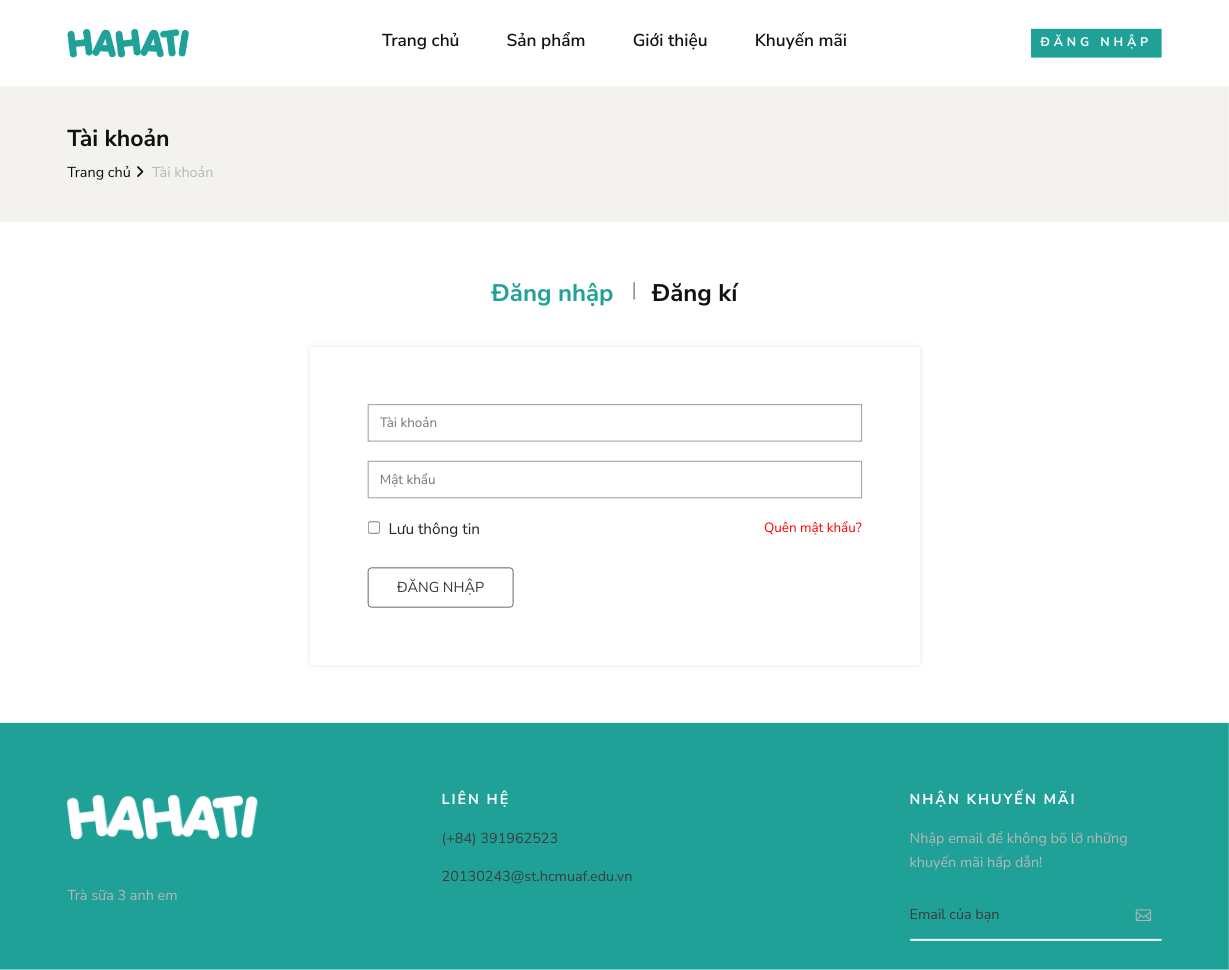
Repository: letrongtinh27/template
Page: login-register.html
An editor plug-in stored every save of this project. The page is shown before and after the next save, followed by the edit.
The browser window is 1280 px wide. The pictures show the whole page, at 96% of full size.

Above is the page before, as saved 2022-10-27 11:25:03.
Console error: TypeError: Cannot set properties of null (setting 'onclick')

### login-register.html
<!DOCTYPE html>
<html lang="zxx">
  <head>
    <meta charset="UTF-8" />
    <meta name="description" content="Male_Fashion Template" />
    <meta name="keywords" content="Male_Fashion, unica, creative, html" />
    <meta name="viewport" content="width=device-width, initial-scale=1.0" />
    <meta http-equiv="X-UA-Compatible" content="ie=edge" />
    <title>HAHATI | Tài khoản</title>

    <!-- Google Font -->
    <link
      href="https://fonts.googleapis.com/css2?family=Nunito+Sans:wght@300;400;600;700;800;900&display=swap"
      rel="stylesheet"
    />

    <!-- Css Styles -->
    <link rel="stylesheet" href="css/bootstrap.min.css" type="text/css" />
    <link rel="stylesheet" href="css/font-awesome.min.css" type="text/css" />
    <link
      rel="stylesheet"
      href="https://cdnjs.cloudflare.com/ajax/libs/font-awesome/6.2.0/css/all.min.css"
      integrity="sha512-xh6O/CkQoPOWDdYTDqeRdPCVd1SpvCA9XXcUnZS2FmJNp1coAFzvtCN9BmamE+4aHK8yyUHUSCcJHgXloTyT2A=="
      crossorigin="anonymous"
      referrerpolicy="no-referrer"
    />
    <link rel="stylesheet" href="css/elegant-icons.css" type="text/css" />
    <link rel="stylesheet" href="css/magnific-popup.css" type="text/css" />
    <link rel="stylesheet" href="css/nice-select.css" type="text/css" />
    <link rel="stylesheet" href="css/owl.carousel.min.css" type="text/css" />
    <link rel="stylesheet" href="css/slicknav.min.css" type="text/css" />
    <link rel="stylesheet" href="css/style.css" type="text/css" />
    <link rel="stylesheet" href="css/account.css" type="text/css" />
  </head>

  <body>
    <!-- Page Preloder -->
    <div id="preloder">
      <div class="loader"></div>
    </div>

    <!-- Offcanvas Menu Begin -->
    <div class="offcanvas-menu-overlay"></div>
    <div class="offcanvas-menu-wrapper">
      <div class="offcanvas__option">
        <div class="offcanvas__links">
          <a href="#">Sign in</a>
        </div>
      </div>
      <div class="offcanvas__nav__option">
        <a href="#" class="search-switch"
          ><img src="img/icon/search.png" alt=""
        /></a>
        <a href="#"><img src="img/icon/heart.png" alt="" /></a>
        <a href="#"><img src="img/icon/cart.png" alt="" /> <span>0</span></a>
        <div class="price">$0.00</div>
      </div>
      <div id="mobile-menu-wrap"></div>
    </div>
    <!-- Offcanvas Menu End -->

    <!-- Header Section Begin -->
    <header class="header">
      <div class="container">
        <div class="row">
          <div class="col-lg-3 col-md-3">
            <div class="header__logo">
              <a href="./index.html"
                ><img class="logo-small" src="img/logo.png" alt=""
              /></a>
            </div>
          </div>
          <div class="col-lg-6 col-md-6">
            <nav class="header__menu mobile-menu">
              <ul>
                <li><a href="./index.html">Trang chủ</a></li>
                <li class=""><a href="./shop.html">Sản phẩm</a></li>
                <li class=""><a href="#">Giới thiệu</a></li>
                <li class=""><a href="./blog.html">Khuyến mãi</a></li>
              </ul>
            </nav>
          </div>
          <div class="col-lg-3 col-md-3">
            <div class="header__nav__option">
              <a href="#" class="primary-btn login-btn">Đăng nhập</a>
            </div>
          </div>
        </div>
        <div class="canvas__open"><i class="fa fa-bars"></i></div>
      </div>
    </header>
    <!-- Header Section End -->

    <!-- Breadcrumb Section Begin -->
    <section class="breadcrumb-option">
      <div class="container">
        <div class="row">
          <div class="col-lg-12">
            <div class="breadcrumb__text">
              <h4>Tài khoản</h4>
              <div class="breadcrumb__links">
                <a href="./index.html">Trang chủ</a>
                <span>Tài khoản</span>
              </div>
            </div>
          </div>
        </div>
      </div>
    </section>
    <!-- Breadcrumb Section End -->

    <!-- Shopping Cart Section Begin -->
    <section class="login-register">
      <div class="container">
        <div class="main-content-wrap section-ptb lagin-and-register-page">
          <div class="container">
            <div class="row">
              <div class="col-lg-7 col-md-12 m-auto">
                <div class="login-register-wrapper">
                  <!-- login-register-tab-list start -->
                  <div class="login-register-tab-list nav">
                    <a class="active" data-bs-toggle="tab" href="#lg1">
                      <h4>Đăng nhập</h4>
                    </a>
                    <a data-bs-toggle="tab" href="#lg2">
                      <h4>Đăng kí</h4>
                    </a>
                  </div>
                  <!-- login-register-tab-list end -->
                  <div class="tab-content">
                    <div id="lg1" class="tab-pane active">
                      <div class="login-form-container">
                        <div class="login-register-form">
                          <form action="#" method="post">
                            <div class="login-input-box">
                              <input
                                type="text"
                                name="user-name"
                                placeholder="Tài khoản"
                              />
                              <input
                                type="password"
                                name="user-password"
                                placeholder="Mật khẩu"
                              />
                            </div>
                            <div class="button-box">
                              <div class="login-toggle-btn">
                                <input type="checkbox" />
                                <label>Lưu thông tin</label>
                                <a href="forgotPass.html">Quên mật khẩu?</a>
                              </div>
                              <div class="button-box">
                                <button class="login-btn btn" type="submit">
                                  <span>Đăng nhập</span>
                                </button>
                              </div>
                            </div>
                          </form>
                        </div>
                      </div>
                    </div>
                    <div id="lg2" class="tab-pane">
                      <div class="login-form-container">
                        <div class="login-register-form">
                          <form action="#" method="post">
                            <div class="login-input-box">
                              <input
                                type="text"
                                name="user-name"
                                placeholder="Tài khoản"
                              />
                              <input
                                name="user-email"
                                placeholder="Email"
                                type="email"
                              />
                              <input
                                type="password"
                                name="user-password"
                                placeholder="Mật nhẩu "
                              />
                              <input
                                type="password"
                                name="user-password"
                                placeholder="Nhập lại mật nhẩu "
                              />
                            </div>
                            <div class="login-toggle-btn">
                              <input type="checkbox" />
                              <label
                                >Đồng ý với các
                                <span
                                  ><a
                                    href="#"
                                    style="
                                      float: none;
                                      color: blue;
                                      text-decoration: underline;
                                    "
                                  >
                                    điều khoản</a
                                  ></span
                                >
                                của chúng tôi.</label
                              >
                            </div>
                            <div class="button-box">
                              <button class="register-btn btn" type="submit">
                                <span>Đăng kí</span>
                              </button>
                            </div>
                          </form>
                        </div>
                      </div>
                    </div>
                  </div>
                </div>
              </div>
            </div>
          </div>
        </div>
      </div>
    </section>

    <footer class="footer">
      <div class="container">
        <div class="row">
          <div class="col-lg-3 col-md-6 col-sm-6">
            <div class="footer__about">
              <div class="footer__logo">
                <a href="#"><img src="img/footer-logo.png" alt="" /></a>
              </div>
              <p>Trà sữa 3 anh em</p>
            </div>
          </div>
          <div class="col-lg-2 offset-lg-1 col-md-3 col-sm-6">
            <div class="footer__widget">
              <h6>Liên hệ</h6>
              <ul>
                <li>
                  <p>(+84) 391962523</p>
                </li>
                <li>
                  <p>20130243@st.hcmuaf.edu.vn</p>
                </li>
              </ul>
            </div>
          </div>
          <div class="col-lg-2 col-md-3 col-sm-6">
            <div class="footer__widget"></div>
          </div>
          <div class="col-lg-3 offset-lg-1 col-md-6 col-sm-6">
            <div class="footer__widget">
              <h6>Nhận khuyến mãi</h6>
              <div class="footer__newslatter">
                <p>Nhập email để không bõ lỡ những khuyến mãi hấp dẫn!</p>
                <form action="#">
                  <input type="text" placeholder="Email của bạn" />
                  <button type="submit">
                    <span class="icon_mail_alt"></span>
                  </button>
                </form>
              </div>
            </div>
          </div>
        </div>
      </div>
    </footer>
    <!-- Footer Section End -->

    <!-- Search Begin -->
    <div class="search-model">
      <div class="h-100 d-flex align-items-center justify-content-center">
        <div class="search-close-switch">+</div>
        <form class="search-model-form">
          <input type="text" id="search-input" placeholder="Search here....." />
        </form>
      </div>
    </div>
    <!-- Search End -->

    <!-- Js Plugins -->
    <script src="js/jquery-3.3.1.min.js"></script>
    <script src="js/jquery.nice-select.min.js"></script>
    <script src="js/jquery.nicescroll.min.js"></script>
    <script src="js/jquery.magnific-popup.min.js"></script>
    <script src="js/jquery.countdown.min.js"></script>
    <script src="js/jquery.slicknav.js"></script>
    <script src="js/mixitup.min.js"></script>
    <script src="js/owl.carousel.min.js"></script>
    <script src="js/main.js"></script>
    <script src="js/account/bootstrap.min.js"></script>
    <script src="assets/js/vendor/jquery-3.5.1.min.js"></script>

    <script src="assets/js/vendor/account/js/vendor/jquery-3.5.1.min.js"></script>
    <script src="assets/js/vendor/account/js/vendor/modernizr-3.6.0.min.js"></script>
    <script src="assets/js/vendor/account/js/vendor/popper.min.js"></script>
    <script src="assets/js/vendor/account/js/vendor/jquery-migrate-3.3.0.min.js"></script>
    <script src="assets/js/vendor/account/js/vendor/bootstrap.min.js"></script>
    <script src="assets/js/vendor/account/js/plugins/slick.min.js"></script>
    <script src="assets/js/vendor/account/js/plugins/jquery.nice-select.min.js"></script>

    <script src="assets/js/vendor/account/js/plugins/countdown.min.js"></script>
    <script src="assets/js/vendor/account/js/plugins/image-zoom.min.js"></script>
    <script src="assets/js/vendor/account/js/plugins/fancybox.js"></script>
    <script src="assets/js/vendor/account/js/plugins/scrollup.min.js"></script>
    <script src="assets/js/vendor/account/js/plugins/jqueryui.min.js"></script>
    <script src="assets/js/vendor/account/js/plugins/ajax-contact.js"></script>
    <script src="assets/js/vendor/account/js/main.js"></script>
  </body>
</html>

Loaded but not shown: css/bootstrap.min.css (library); css/font-awesome.min.css (library); css/magnific-popup.css (library); css/nice-select.css (common file); css/owl.carousel.min.css (library); css/slicknav.min.css (common file); js/jquery-3.3.1.min.js (library); js/jquery.nice-select.min.js (common file); js/jquery.nicescroll.min.js (library); js/jquery.magnific-popup.min.js (library); js/jquery.countdown.min.js (library); js/jquery.slicknav.js (library); js/mixitup.min.js (library); js/owl.carousel.min.js (library); js/account/bootstrap.min.js (library); assets/js/vendor/jquery-3.5.1.min.js (library); assets/js/vendor/account/js/vendor/jquery-3.5.1.min.js (library); assets/js/vendor/account/js/vendor/modernizr-3.6.0.min.js (library); assets/js/vendor/account/js/vendor/popper.min.js (library); assets/js/vendor/account/js/vendor/jquery-migrate-3.3.0.min.js (library); assets/js/vendor/account/js/vendor/bootstrap.min.js (library); assets/js/vendor/account/js/plugins/slick.min.js (library); assets/js/vendor/account/js/plugins/jquery.nice-select.min.js (common file); assets/js/vendor/account/js/plugins/countdown.min.js (library); assets/js/vendor/account/js/plugins/image-zoom.min.js (common file); assets/js/vendor/account/js/plugins/fancybox.js (library); assets/js/vendor/account/js/plugins/scrollup.min.js (common file); assets/js/vendor/account/js/plugins/jqueryui.min.js (library); assets/js/vendor/account/js/plugins/ajax-contact.js (common file); assets/js/vendor/account/js/main.js (library); js/main.js (216 lines, source omitted); css/style.css (3856 lines, source omitted); css/elegant-icons.css (1157 lines, source omitted); css/account.css (593 lines, source omitted)

After the next save:
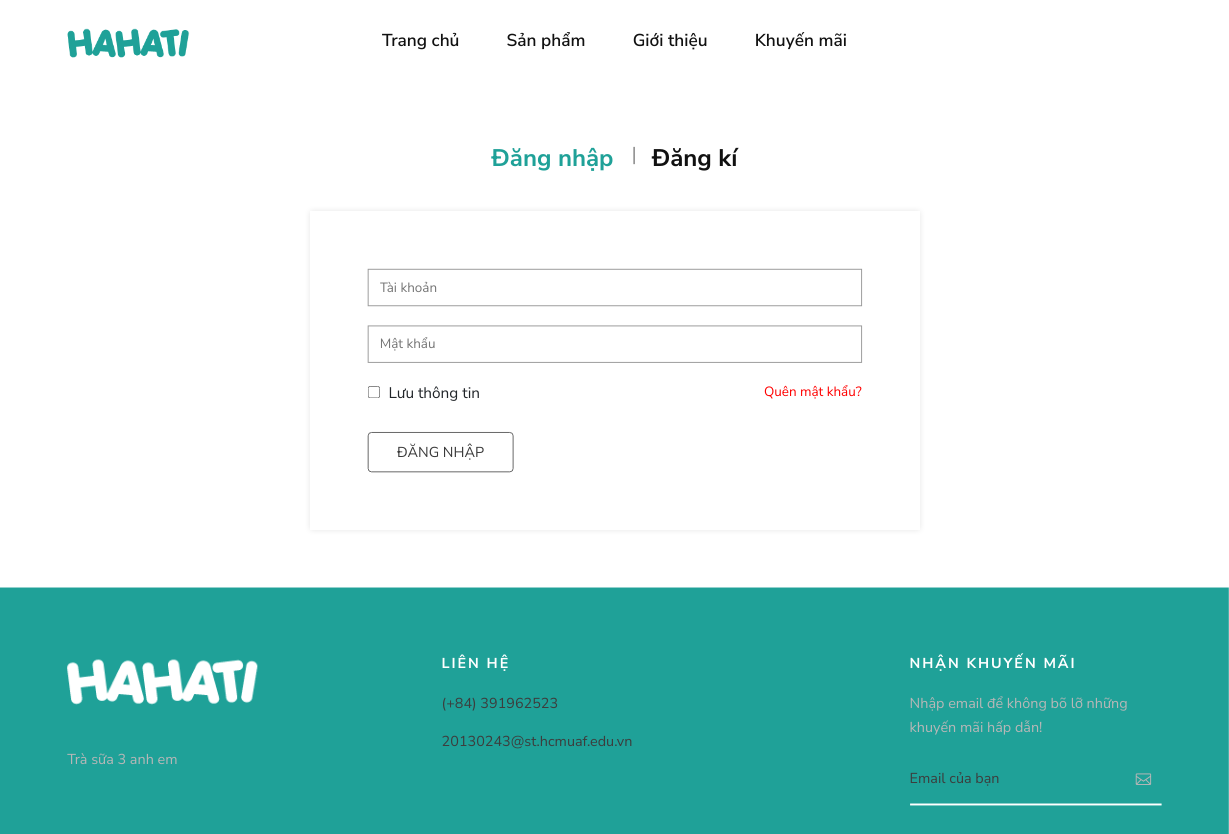
Saved 42 s later.
--- a/login-register.html
+++ b/login-register.html
@@ -80,11 +80,6 @@
               </ul>
             </nav>
           </div>
-          <div class="col-lg-3 col-md-3">
-            <div class="header__nav__option">
-              <a href="#" class="primary-btn login-btn">Đăng nhập</a>
-            </div>
-          </div>
         </div>
         <div class="canvas__open"><i class="fa fa-bars"></i></div>
       </div>
@@ -92,21 +87,6 @@
     <!-- Header Section End -->
 
     <!-- Breadcrumb Section Begin -->
-    <section class="breadcrumb-option">
-      <div class="container">
-        <div class="row">
-          <div class="col-lg-12">
-            <div class="breadcrumb__text">
-              <h4>Tài khoản</h4>
-              <div class="breadcrumb__links">
-                <a href="./index.html">Trang chủ</a>
-                <span>Tài khoản</span>
-              </div>
-            </div>
-          </div>
-        </div>
-      </div>
-    </section>
     <!-- Breadcrumb Section End -->
 
     <!-- Shopping Cart Section Begin -->
